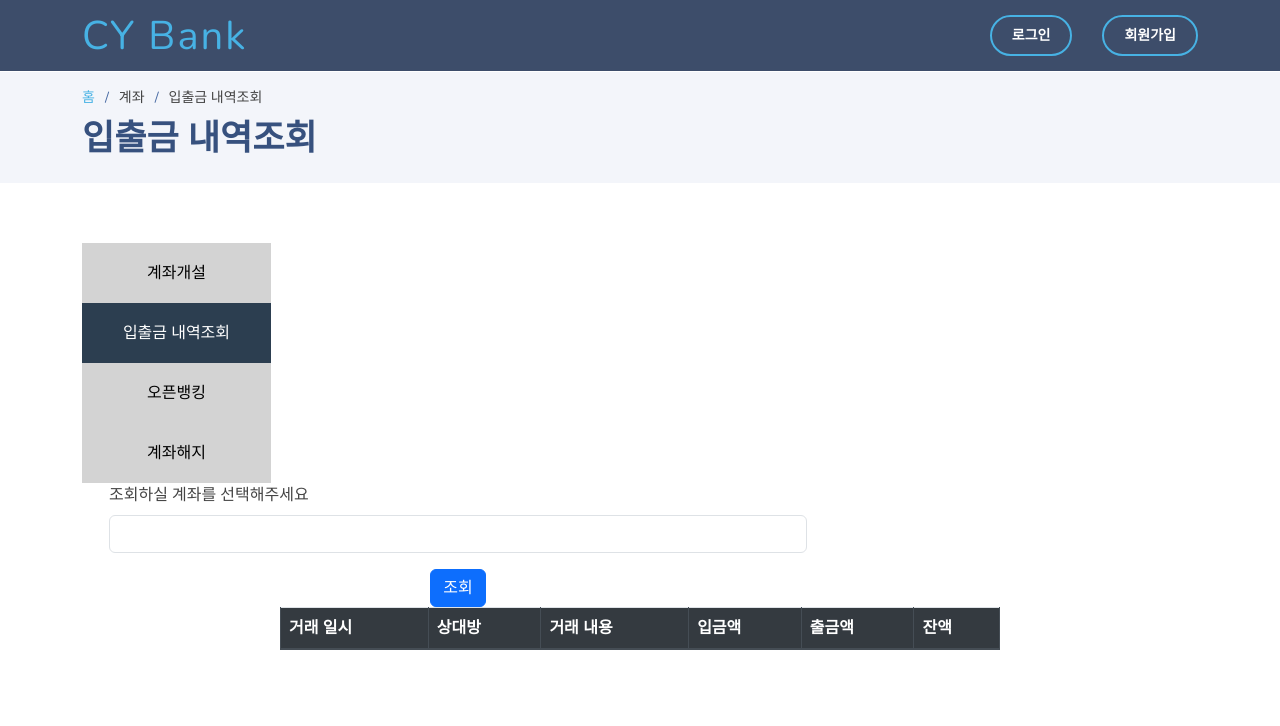
Repository: scy0814/Spring
Page: http://localhost/CYBank/jsp/transaction/TransactionHistoryProcess.jsp
An editor plug-in stored every save of this project. The page is shown before and after a run of saves, followed by the edit.
The browser window is 1280 px wide. The pictures show the whole page.
The page is served by Tomcat 9. The template is opened directly, without the code that normally fills it, so the values that code supplies are empty.

Above is the page before, as saved 2023-07-02 07:29:52.

After the next 2 saves:
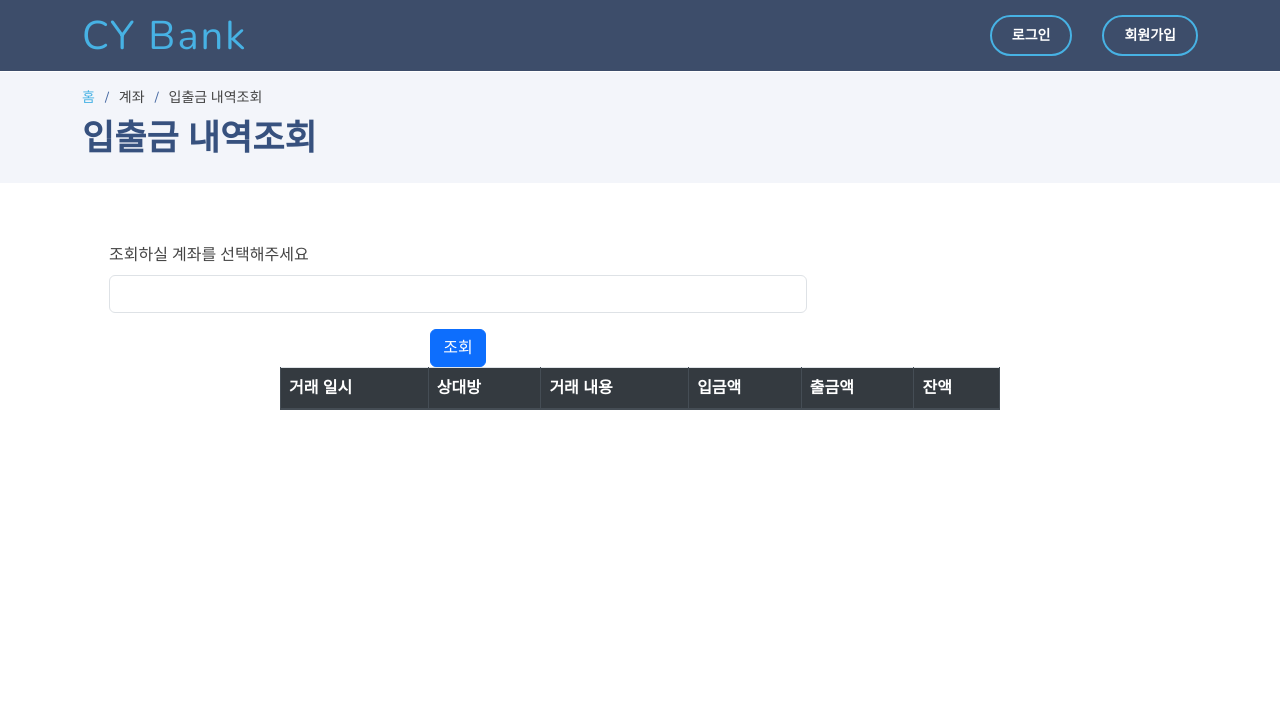
The 2 saves are shown as one change because they came seconds apart.
The last was saved 2 min 38 s later.
--- a/CYBank/src/main/webapp/jsp/transaction/TransactionHistoryProcess.jsp
+++ b/CYBank/src/main/webapp/jsp/transaction/TransactionHistoryProcess.jsp
@@ -57,29 +57,6 @@
 	<section class="inner-page">
 		<div class="container">
 
-
-			<form action="${pageContext.request.contextPath}/createAccount.do"
-				method="post">
-				<button type="submit" class="button" id="button1">계좌개설</button>
-			</form>
-
-			<form
-				action="${pageContext.request.contextPath}/transactionHistory.do"
-				method="post">
-				<button type="submit" class="button" id="button2">입출금 내역조회</button>
-				<br>
-			</form>
-
-			<form action="${pageContext.request.contextPath}/openBanking.do"
-				method="post">
-				<button type="submit" class="button">오픈뱅킹</button>
-				<br>
-			</form>
-
-			<form action="${pageContext.request.contextPath}/closeAccount.do"
-				method="post">
-				<button type="submit" class="button">계좌해지</button>
-			</form>
 
 			<form
 				action="${pageContext.request.contextPath }/transactionHistoryProcess.do"
